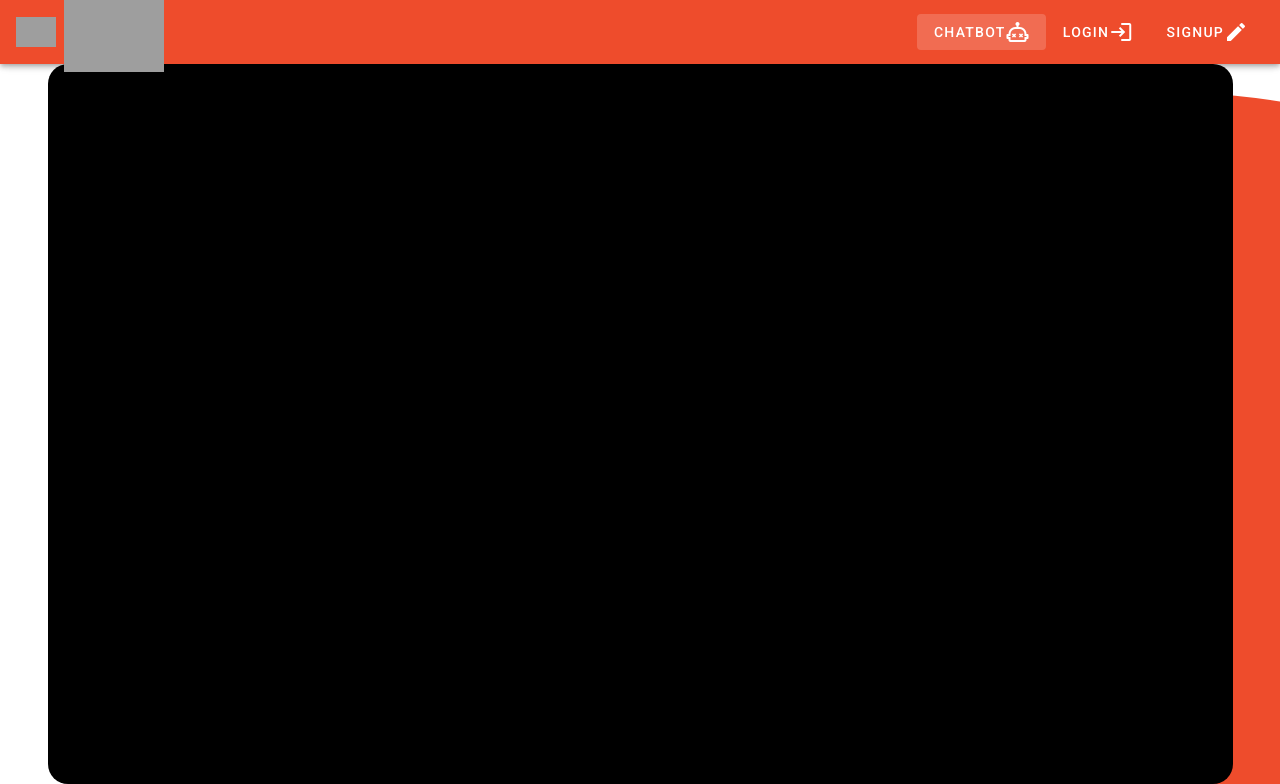
Repository: atout811/pyTorch-Hackathon
Page: /chatbot (app in frontend/)
These files come from the project's save history. The page is drawn as it stood at one moment and after the next save; the edit follows.
The browser window is 1280 px wide. The pictures show the whole page.
Pictures or frames that could not be fetched are drawn as grey boxes. The project was rebuilt for these pictures with package versions that can differ from the ones it lists, and the page was loaded fresh each time. Also part of the build but not shown: frontend/vue.config.js, frontend/src/views/Home.vue.

Above is the page before, as saved 2021-10-21 14:49:17.

After the next save:
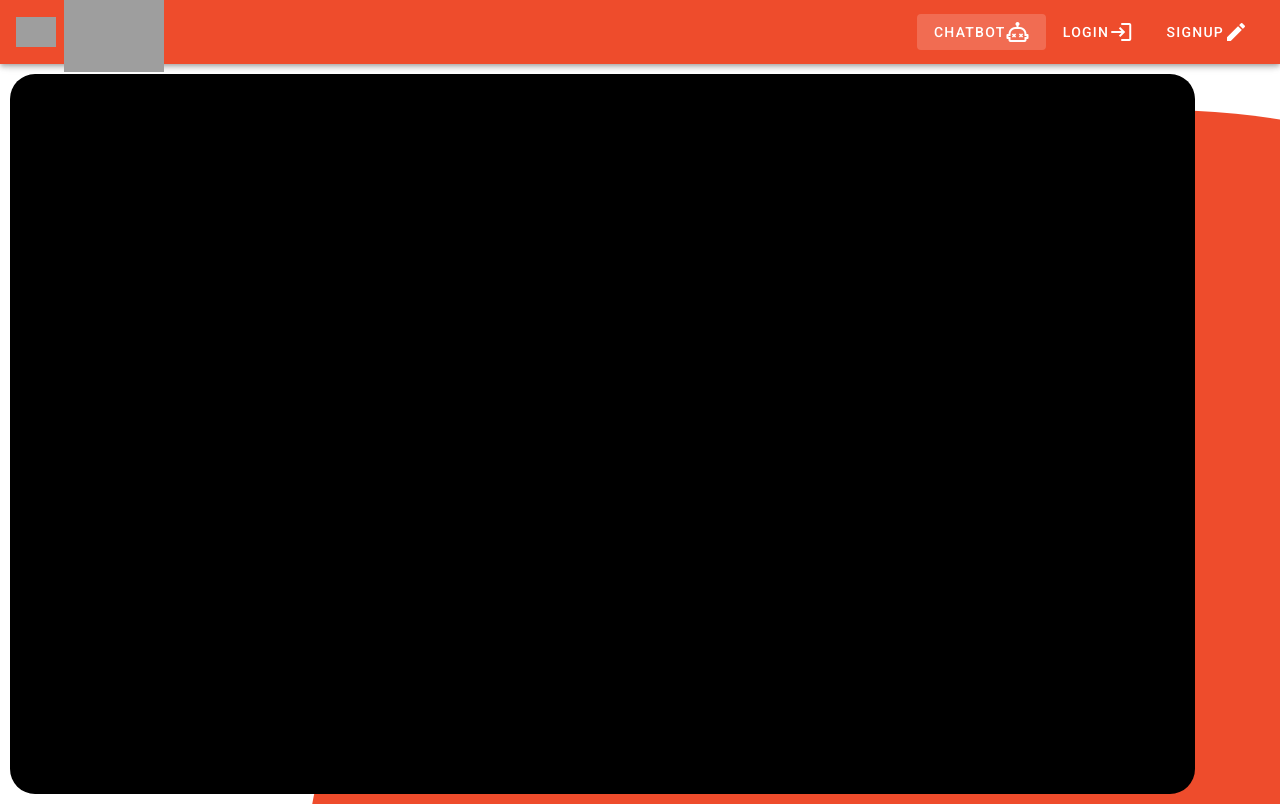
Saved 16 s later.
--- a/frontend/src/views/Chatbot.vue
+++ b/frontend/src/views/Chatbot.vue
@@ -17,7 +17,8 @@
 .container {
   height: 100vh;
   width: 100vw;
+  margin: 10px;
   background-color: black;
-  border-radius: 20px;
+  border-radius: 25px;
 }
 </style>

After the save that followed:
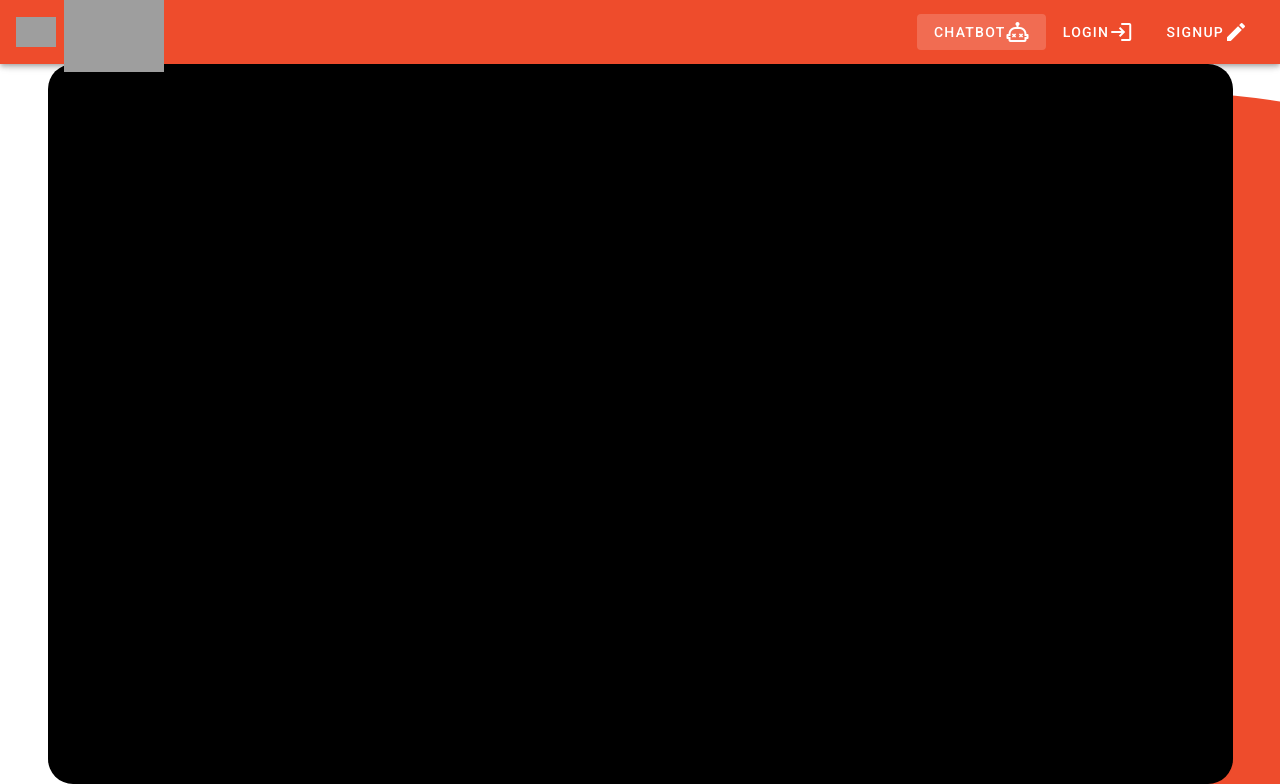
Saved 7 s later.
--- a/frontend/src/views/Chatbot.vue
+++ b/frontend/src/views/Chatbot.vue
@@ -17,7 +17,7 @@
 .container {
   height: 100vh;
   width: 100vw;
-  margin: 10px;
+  /* margin: 10px; */
   background-color: black;
   border-radius: 25px;
 }
